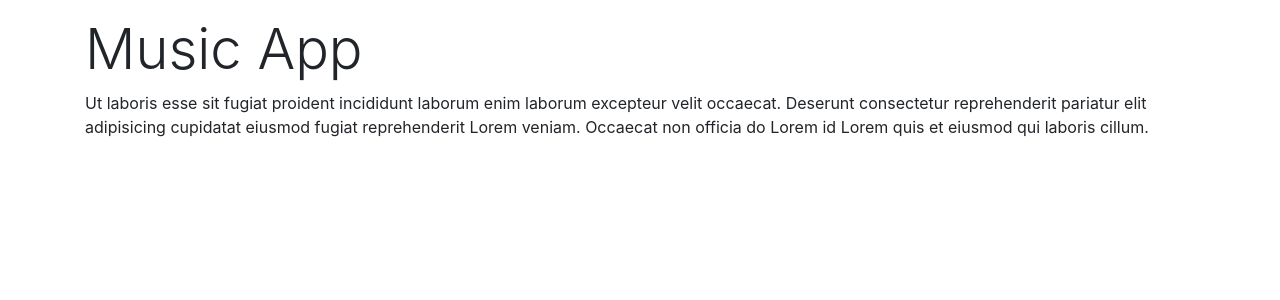
Repository: tanviredu/Data
Page: / (app in 28_vue_with_apis/vue-apis/)
An editor plug-in stored every save of this project. The page is shown before and after the next save, followed by the edit.
The browser window is 1280 px wide. The pictures show the whole page.
The project was rebuilt for these pictures with package versions that can differ from the ones it lists, and the page was loaded fresh each time.

Above is the page before, as saved 2020-07-13 08:27:33.

### 28_vue_with_apis/vue-apis/public/index.html
<!DOCTYPE html>
<html lang="en">
  <head>
    <meta charset="utf-8" />
    <meta http-equiv="X-UA-Compatible" content="IE=edge" />
    <meta name="viewport" content="width=device-width,initial-scale=1.0" />
    <link rel="icon" href="<%= BASE_URL %>favicon.ico" />
    <link
      href="https://fonts.googleapis.com/css2?family=Fjalla+One&family=Open+Sans:wght@700&display=swap"
      rel="stylesheet"
    />
    <title><%= htmlWebpackPlugin.options.title %></title>
  </head>
  <body>
    <noscript>
      <strong
        >We're sorry but <%= htmlWebpackPlugin.options.title %> doesn't work
        properly without JavaScript enabled. Please enable it to
        continue.</strong
      >
    </noscript>
    <div id="app"></div>
    <!-- built files will be auto injected -->
  </body>
</html>

### 28_vue_with_apis/vue-apis/src/main.js
import Vue from "vue";
import App from "./App.vue";

Vue.config.productionTip = false;

import "bootstrap";

import "../node_modules/bootstrap/dist/css/bootstrap.css";
import { library } from "@fortawesome/fontawesome-svg-core";
import {
  faPlus,
  faMinus,
  faTrash,
  faCheck,
  faPlay,
  faPause,
} from "@fortawesome/free-solid-svg-icons";
library.add(faPlus, faMinus, faTrash, faCheck, faPlay, faPause);

new Vue({
  render: (h) => h(App),
}).$mount("#app");

### 28_vue_with_apis/vue-apis/src/App.vue
<template>
  <div id="app" class="container">
    <div class="mt-3">
      <h1 class="display-4">Music App</h1>
    </div>

    <font-awesome-icon />Ut laboris esse sit fugiat proident incididunt laborum enim laborum excepteur velit occaecat. Deserunt consectetur reprehenderit pariatur elit adipisicing cupidatat eiusmod fugiat reprehenderit Lorem veniam. Occaecat non officia do Lorem id Lorem quis et eiusmod qui laboris cillum.
  </div>
</template>

<script>
import { FontAwesomeIcon } from "@fortawesome/vue-fontawesome";

export default {
  name: "App",
  components: {
    FontAwesomeIcon
  }
};
</script>

<style>
</style>

After the next save:
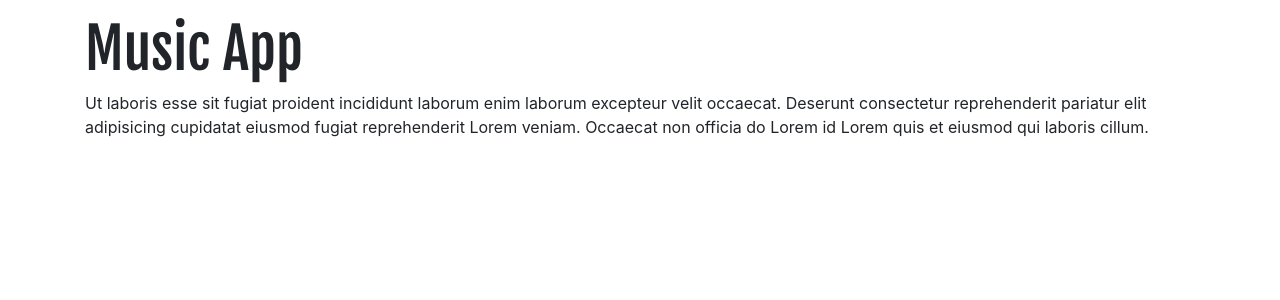
Saved 11 s later.
--- a/28_vue_with_apis/vue-apis/src/App.vue
+++ b/28_vue_with_apis/vue-apis/src/App.vue
@@ -1,7 +1,7 @@
 <template>
   <div id="app" class="container">
     <div class="mt-3">
-      <h1 class="display-4">Music App</h1>
+      <h1 class="display-4" style="font-family: 'Fjalla One', sans-serif;">Music App</h1>
     </div>
 
     <font-awesome-icon />Ut laboris esse sit fugiat proident incididunt laborum enim laborum excepteur velit occaecat. Deserunt consectetur reprehenderit pariatur elit adipisicing cupidatat eiusmod fugiat reprehenderit Lorem veniam. Occaecat non officia do Lorem id Lorem quis et eiusmod qui laboris cillum.
